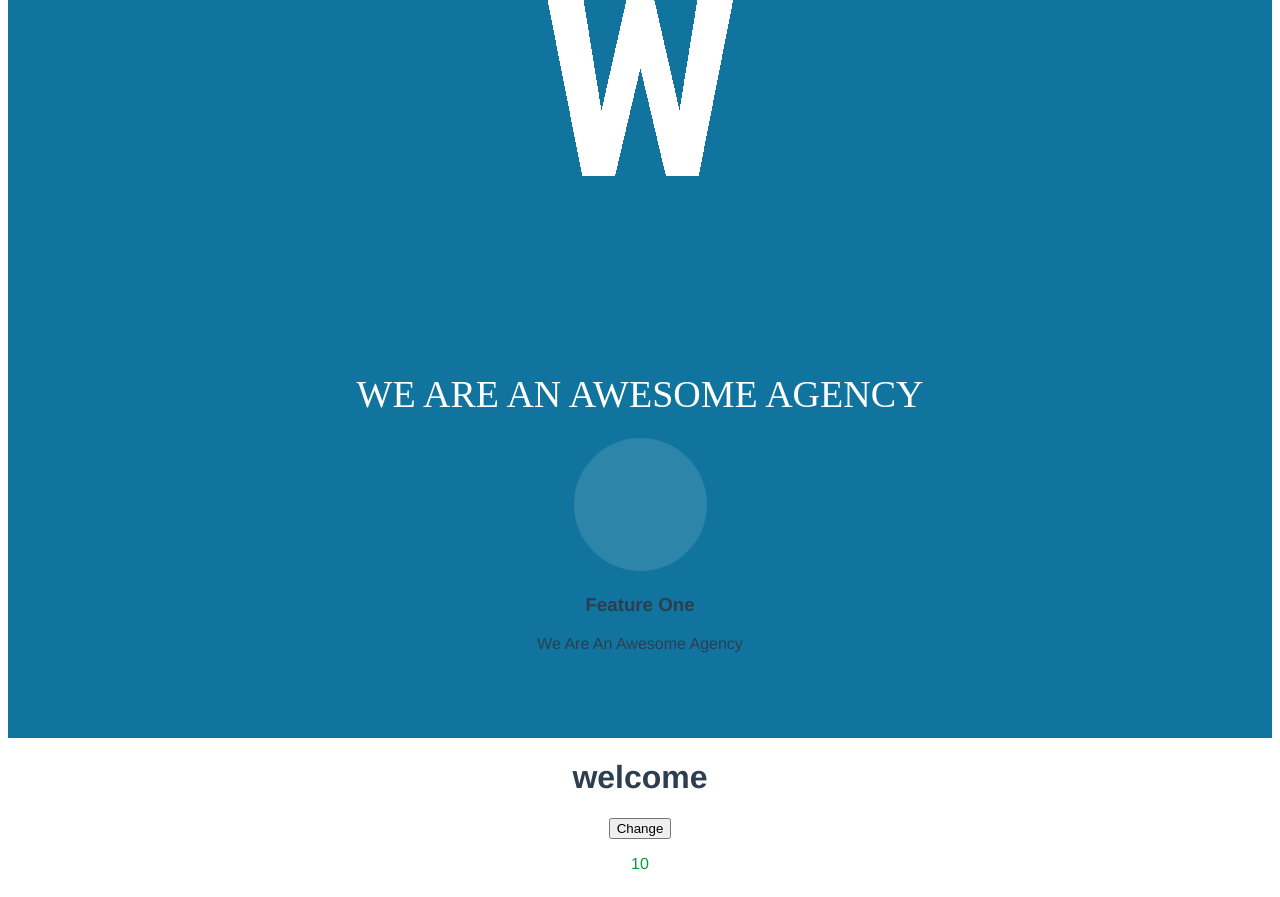
Repository: joker506/Creatives
Page: /
The author's editor kept a copy of each file at every save. The page is drawn from the files as they stood at one save, then again after the next save.
The browser window is 1280 px wide. The pictures show the part of the page from y = 908 to 1805 px (the page is 1805 px tall).
The project was rebuilt for these pictures with package versions that can differ from the ones it lists, and the page was loaded fresh each time.

Above is the page before, as saved 2020-04-01 18:47:42.

After the next save:
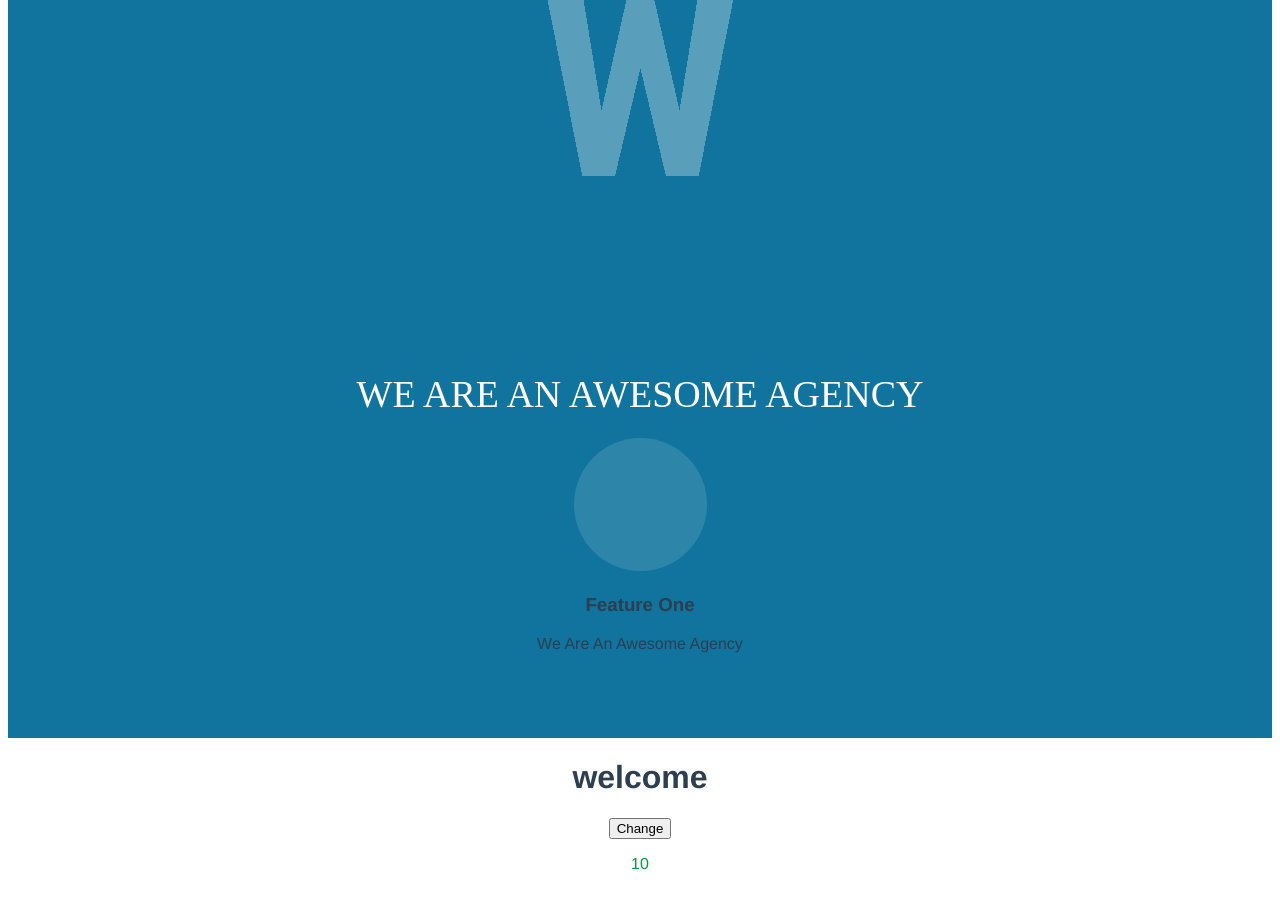
Saved 44 s later.
--- a/src/components/AdvantagesApp.vue
+++ b/src/components/AdvantagesApp.vue
@@ -33,6 +33,9 @@ background-color: #11749e;
 .wrap{
     margin: 0;
 }
+.wrap>img{
+    opacity: 0.3   ;
+}
 .advantages__title{
 padding-top: 170px;
 color: #ffffff;
